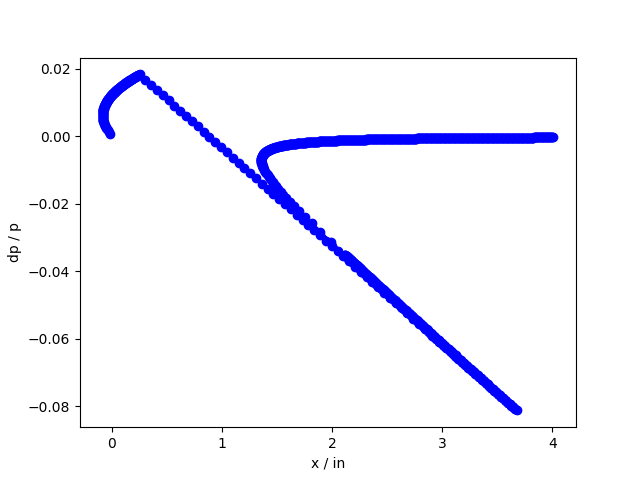
Repository: leiradom/Modified-linear-theory
Script's output: python 3_Shock_correction.py
An editor plug-in stored every save of this project. The script's output is shown before and after the next save, followed by the edit.
Random numbers start from a fixed seed.

Above is the script's output before, as saved 2021-04-06 18:29:10.

### 3_Shock_correction.py
'''
激波修正
本程序用于修正激波的非线性扭曲效应，修正方法为HB方法
'''

import math
import numpy as np
import matplotlib.pyplot as plt

pressure = np.loadtxt("pressuremodel3.txt",dtype=np.float64)   #存放未修正的压力信号
a = len(pressure)                                              #未加点时的点数

X = np.ones(a,dtype=np.float64)     #存放x的数组 用于加点用的横坐标数组
Y = np.ones(a,dtype=np.float64)     #存放y的数组 用于加点用的纵坐标数组
b0 = 50                             #每一个 较大的距离之间增加的点数
x0 = np.zeros(b0+1,dtype=np.float64)
y0 = np.zeros(b0+1,dtype=np.float64)

#先将未修正压力信号存入X,Y中
for i in range(0,a):
    c = pressure[i][0]
    d = pressure[i][1]
    #ca = cau[i][1]
    X[i] = c
    Y[i] = d
'''
#没问题
X0 = X
Y0 = Y
'''

#------------1先找出第一个强间断的地方,已经核实，l0没有问题
for i0 in range(0,a-1):
    if(math.sqrt((X[i0+1] - X[i0])**2 + (Y[i0+1] - Y[i0])**2) >1.2):   #1.3
    #if((X[i+1] - X[i]) * (Y[i+1] - Y[i])):
        #px = i0                            #记录此时的i
        #print(px,X[i0])
        l00 = math.sqrt((X[i0+1] - X[i0])**2 + (Y[i0+1] - Y[i0])**2)
        l0 = l00 / 20                     #判断是否要插值的距离 只要大于20倍的最大距离，就要增加点数
        #h0 = ((X[i0+1] - X[i0])/(b0))
        #k0 = ((Y[i0+1] - Y[i0])/(X[i0+1] - X[i0]))  #两点间的斜率
        '''
        #x0[0] = X[i0]
        #y0[0] = Y[i0]
        for j in range(1,b0):
            x0[j] = x0[j-1] + h0
            y0[j] = y0[j-1] + k0 * (x0[j] - x0[j-1])
            print(x0[j],y0[j])
        for k in range(1,b0):
            X = np.insert(X,i0+k,x0[k])
            Y = np.insert(Y,i0+k,y0[k])
        #print(Y[i0]+k0*h0)
        '''
        break
#------------print(l00) #检验是不是，验证了，就是

#print(l00)



#2---------------------给距离较大的地方都进行加点
for i in range(0,a-1):
    li = math.sqrt((X[i+1] - X[i])**2 + (Y[i+1] - Y[i])**2)
    k0 = ((Y[i+1] - Y[i])/(X[i+1] - X[i]))  #两点间的斜率
    #先找到距离较大的点
    if((li >= l0)):
        px = i                       #记录每一个距离较大的地方的i
        h0 = ((X[i+1] - X[i])/(b0))   #每一个都离散成b个点
        #print("px=",px)
        #print("h0=",h0)
        #print("k0=",k0) #第一个k值是对的，第二个k值不是对的
        x0[0] = X[i]
        y0[0] = Y[i]
        for j in range(1,b0):
            x0[j] = x0[j-1] + h0
            y0[j] = y0[j-1] + k0 * (x0[j] - x0[j-1])
        #将增加的点添加到数组内
        for k in range(1,b0):
            X = np.insert(X,i+k,x0[k])
            Y = np.insert(Y,i+k,y0[k])
        a = a + 49


#-------积分部分----------
F = np.ones(a, dtype=np.float64)
F[0] = 0
F[a-1] = 0
s = 0
for i in range(0,a-1):
    #if(X[i+1]>X[i]):
    s0 = 0.5 * (X[i+1] - X[i]) * (Y[i+1] + Y[i])
    #s0 = (((Y0[j+1] + Y0[j]) * (X[j + 1] - X[j])) / (2))    #第(j+1)个梯形的面积
    s = s0 + s    #S为最后的积分
    F[i] = s
    print(X[i],Y[i])
    #if(X[i+1]<X[i])
#------积分部分-----------



print("加点前点数：",len(pressure),"加点后点数：",len(X))
#plt.scatter(X0,Y0,c='r')
plt.xlabel("x / in")
plt.ylabel("dp / p")
plt.plot(X,Y,'-o',c='b')
plt.show()
#1.1将补充的点插入原有数组



'''
#积分图像作图
plt.plot(X,F,'-o')
plt.show()
'''

Loaded but not shown: pressuremodel1.txt (1400 lines, source omitted); pressuremodel3.txt (698 lines, source omitted)

After the next save:
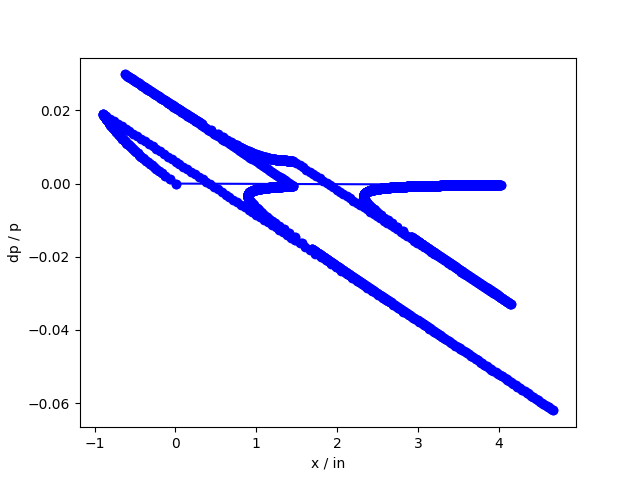
Saved 16 s later.
--- a/3_Shock_correction.py
+++ b/3_Shock_correction.py
@@ -7,7 +7,7 @@
 import numpy as np
 import matplotlib.pyplot as plt
 
-pressure = np.loadtxt("pressuremodel3.txt",dtype=np.float64)   #存放未修正的压力信号
+pressure = np.loadtxt("pressuremodel1.txt",dtype=np.float64)   #存放未修正的压力信号
 a = len(pressure)                                              #未加点时的点数
 
 X = np.ones(a,dtype=np.float64)     #存放x的数组 用于加点用的横坐标数组

After the save that followed:
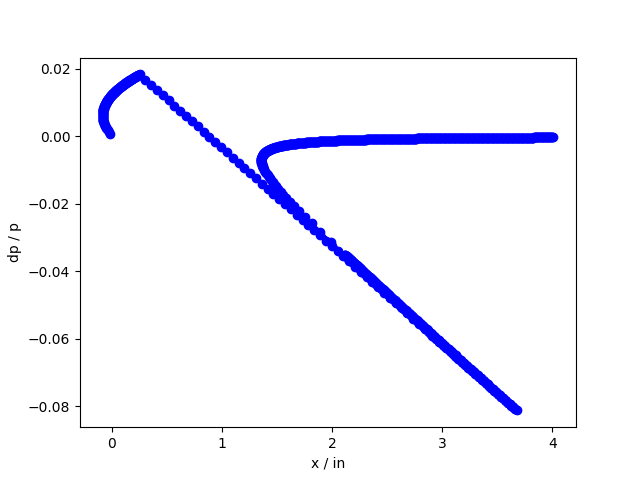
Saved 3 min 36 s later.
--- a/3_Shock_correction.py
+++ b/3_Shock_correction.py
@@ -7,7 +7,7 @@
 import numpy as np
 import matplotlib.pyplot as plt
 
-pressure = np.loadtxt("pressuremodel1.txt",dtype=np.float64)   #存放未修正的压力信号
+pressure = np.loadtxt("pressuremodel3.txt",dtype=np.float64)   #存放未修正的压力信号
 a = len(pressure)                                              #未加点时的点数
 
 X = np.ones(a,dtype=np.float64)     #存放x的数组 用于加点用的横坐标数组
